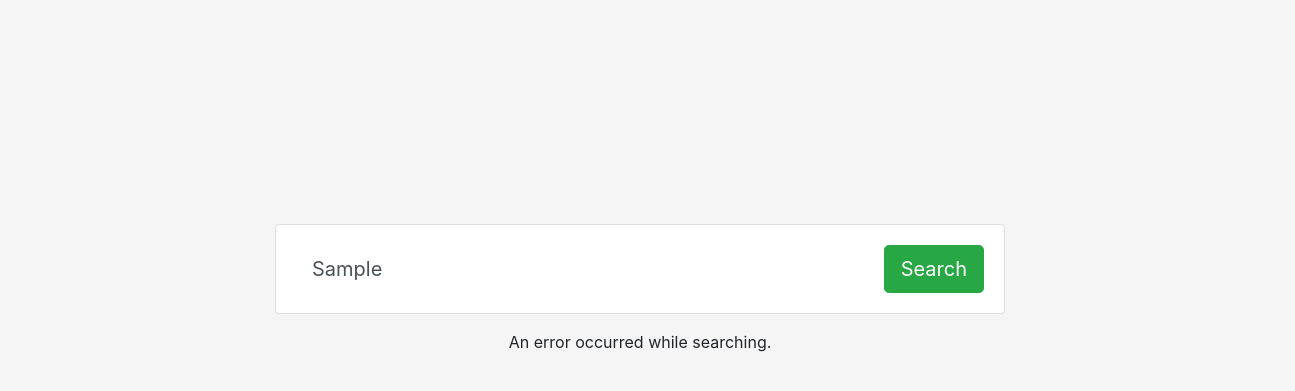
Repository: omribarmats/itc-project-group-4
Page: Backend/src/views/search.html
An editor plug-in stored every save of this project. The page is shown before and after the next save, followed by the edit.
The browser window is 1280 px wide. The page is 1295 px wide, so the pictures cover 1295 px, including what lies to the right of the window. The pictures show the whole page.
Empty fields were first filled with sample values (such as "Sample", 5 or name@example.com).
After loading, the first visible `form.card` was submitted once.
Some web libraries are served in a nearby version.

Above is the page before, as saved 2023-03-28 11:08:07.

After the next save:
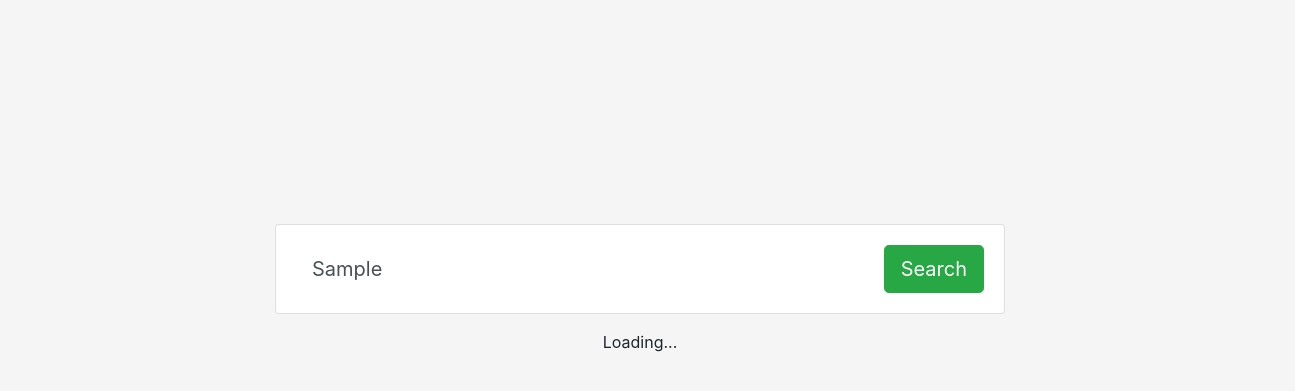
Saved 34 s later.
--- a/Backend/src/views/search.html
+++ b/Backend/src/views/search.html
@@ -74,7 +74,7 @@
         const requestBody = { query };
 
 
-        console.log(await search(query))
+        console.log(requestBody)
 
 //         const destinationsHTML = destinations.map(item => `
 //     <div class="results border border-primary rounded m-2 p-2 ">

After the 3 saves that followed:
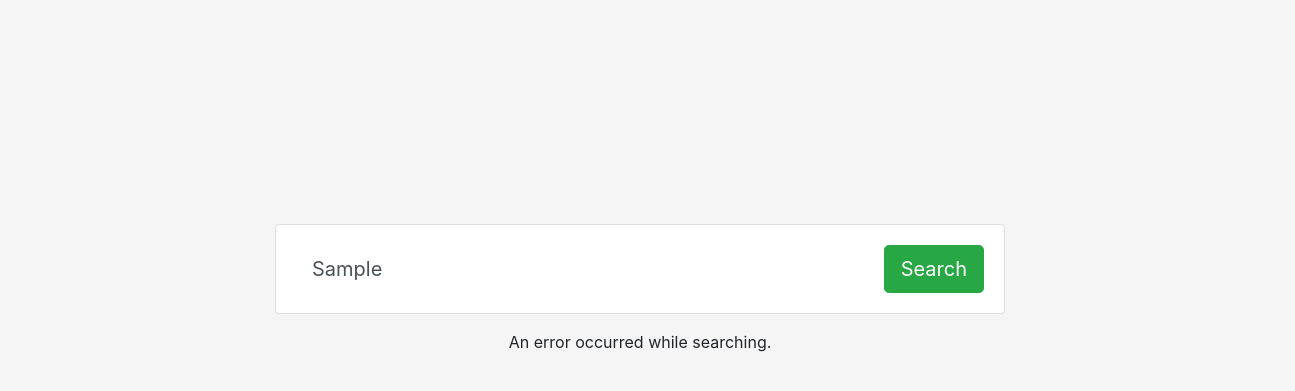
The 3 saves are shown as one change because 2 left the picture as it was.
The last was saved 74 s later.
--- a/Backend/src/views/search.html
+++ b/Backend/src/views/search.html
@@ -45,6 +45,7 @@
     const searchResults = document.querySelector('#search-results');
 
     async function search(query) {
+
          try {
             const response = await fetch(apiUrl, {
                 method: 'POST',
@@ -74,7 +75,7 @@
         const requestBody = { query };
 
 
-        console.log(requestBody)
+        console.log(await search(query))
 
 //         const destinationsHTML = destinations.map(item => `
 //     <div class="results border border-primary rounded m-2 p-2 ">
